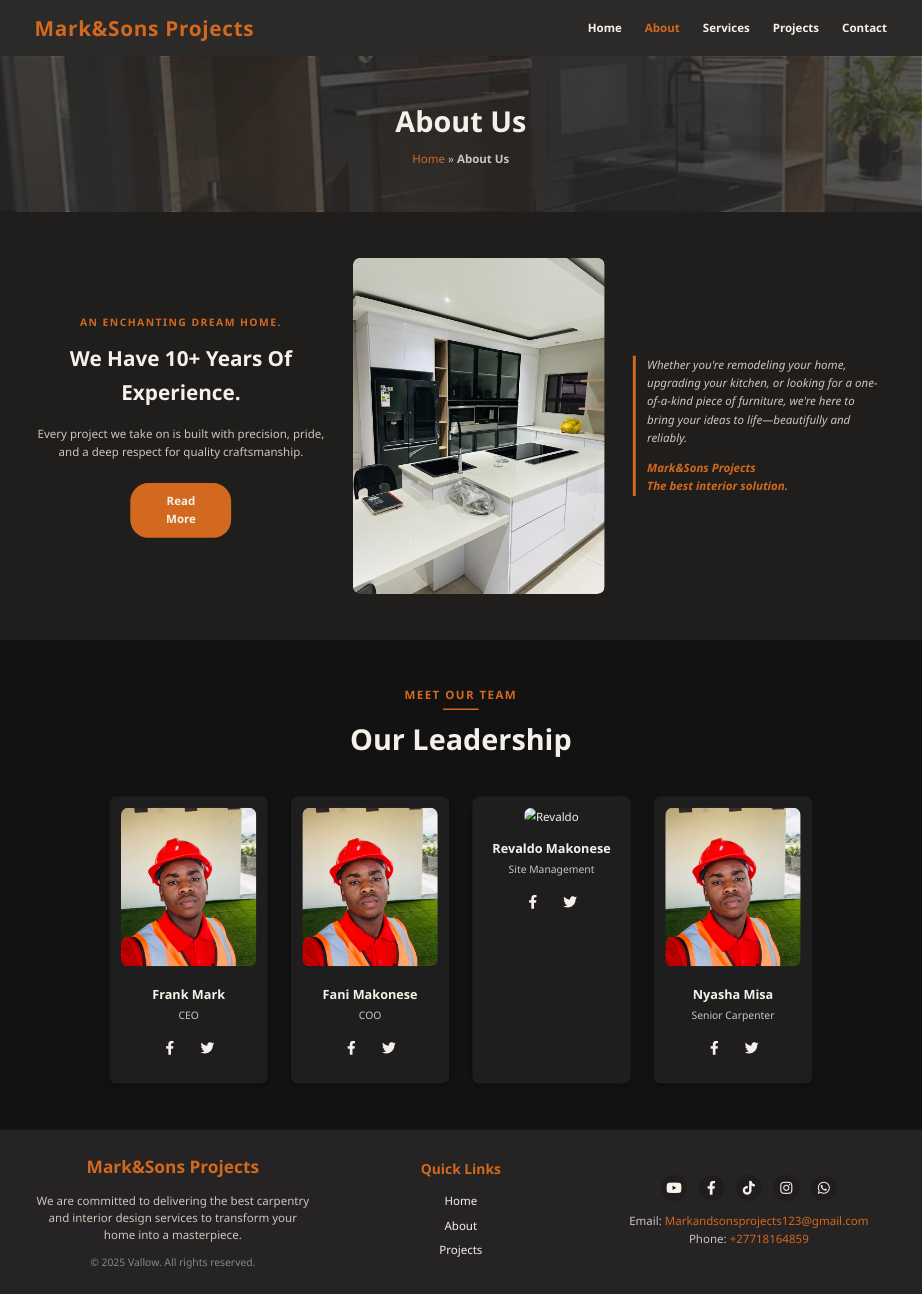
Repository: VallowEvido/Mark-SonsProjects
Page: about.html
An editor plug-in stored every save of this project. The page is shown before and after the next save, followed by the edit.
The browser window is 1280 px wide. The pictures show the whole page, at 72% of full size.

Above is the page before, as saved 2025-07-24 15:57:43.

After the next save:
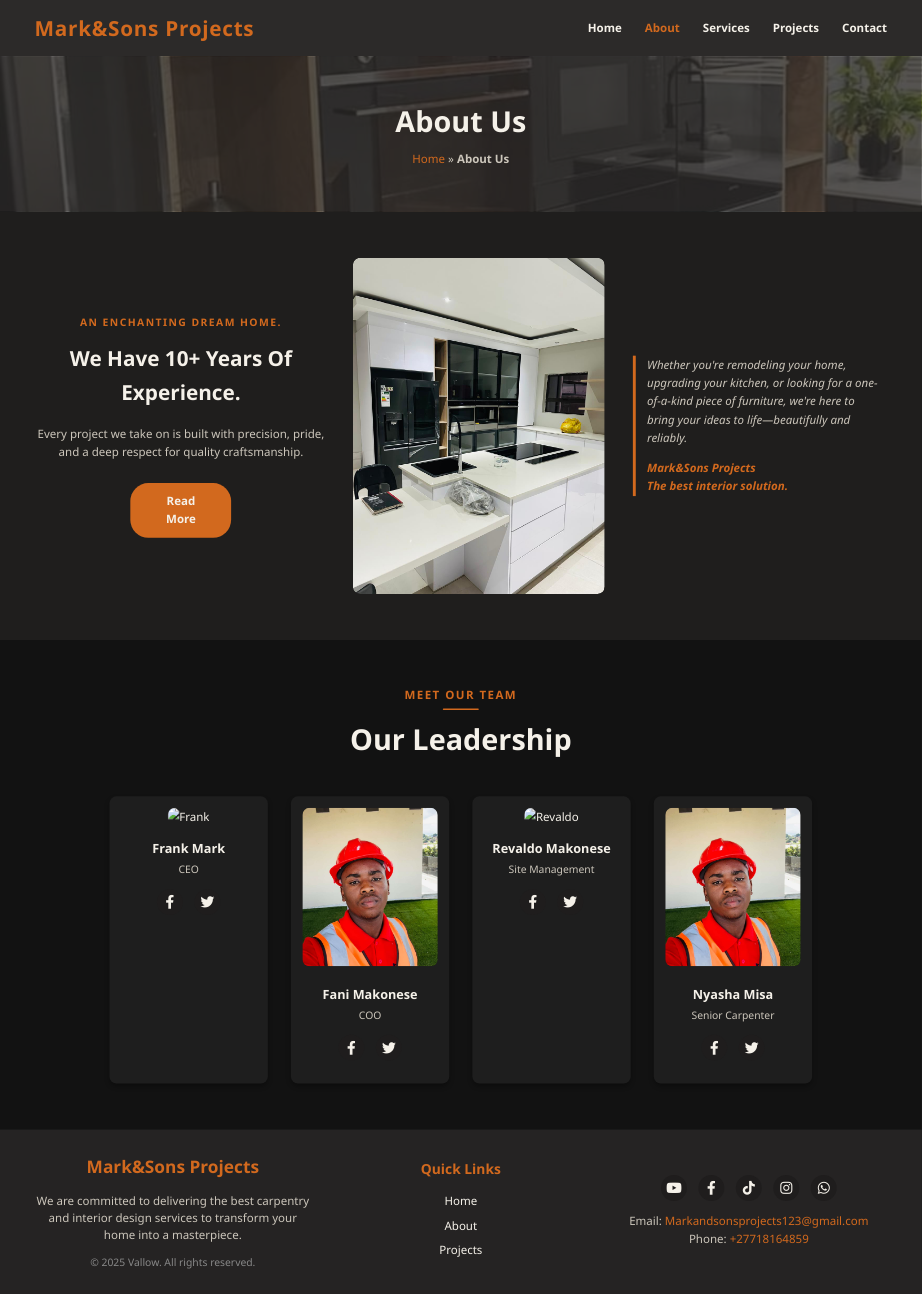
Saved 14 s later.
--- a/about.html
+++ b/about.html
@@ -79,7 +79,7 @@
       <h2 class="section-title">Our Leadership</h2>
       <div class="leadership-cards">
         <div class="leadership-card">
-          <img src="teammembers/fan.jpg" alt="Frank" />
+          <img src="" alt="Frank" />
           <h3>Frank Mark</h3>
           <p>CEO</p>
           <div class="social-icons">
